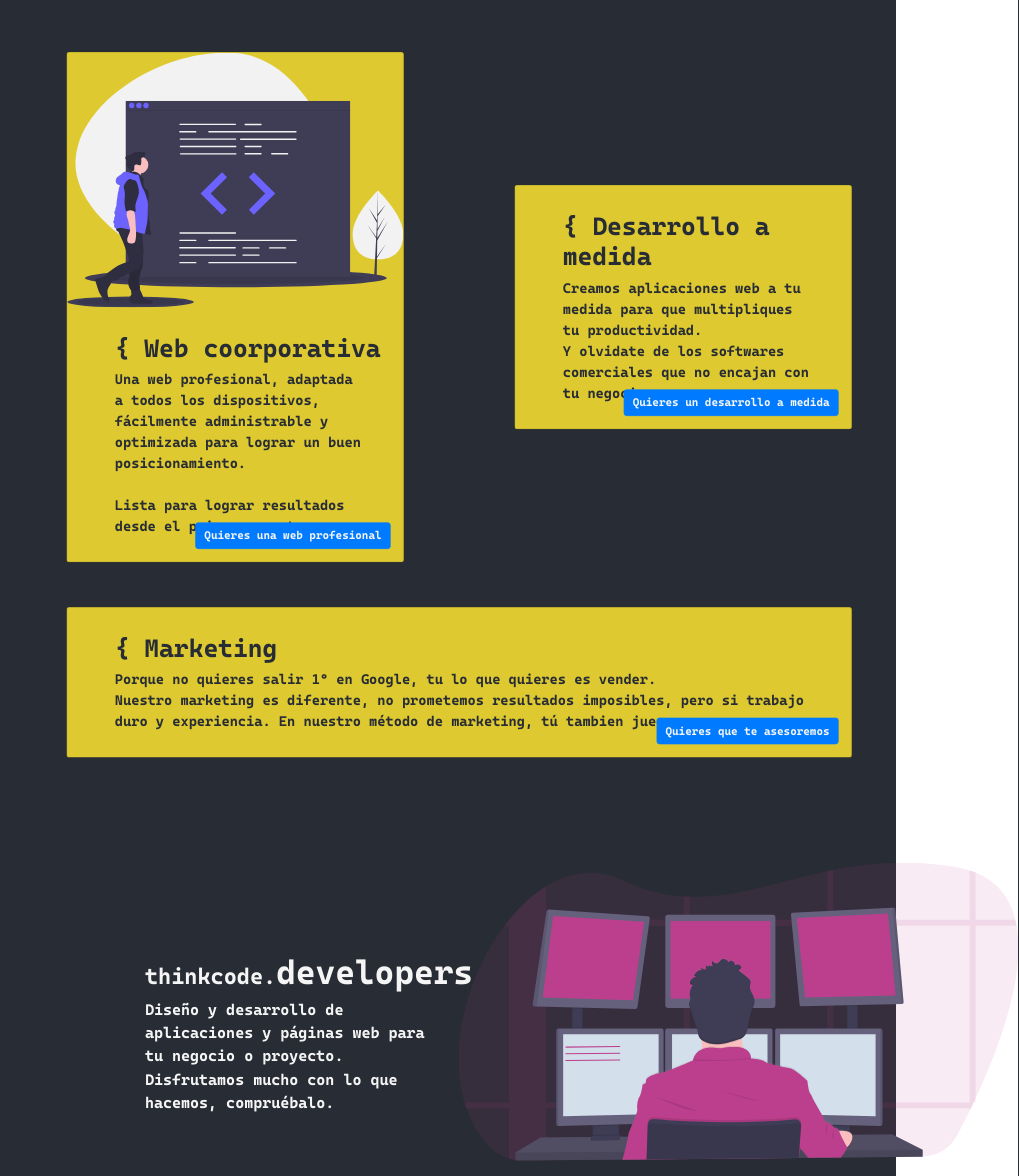
Repository: banchiec/thinkcode
Page: /
The author's editor kept a copy of each file at every save. The page is drawn from the files as they stood at one save, then again after the next save.
The browser window is 1280 px wide. The page is 1455 px wide, so the pictures cover 1455 px, including what lies to the right of the window. The pictures show the part of the page from y = 885 to 2565 px (the page is 2718 px tall before and 2688 px after), at 70% of full size.
Some web libraries are served in a nearby version. The project was rebuilt for these pictures with package versions that can differ from the ones it lists, and the page was loaded fresh each time. Also part of the build but not shown: src/components/MenuItems.js, src/components/Dropdownthink.css, src/components/Dropdownthink.js, src/components/pages/Consulting.js, src/components/pages/ContactUs.js, src/components/pages/Marketing.js, src/components/pages/Products.js, src/components/pages/Services.js and 1 more.

Above is the page before, as saved 2020-11-27 00:54:40.

### public/index.html
<!DOCTYPE html>
<html lang="en">
  <head>
    <meta charset="utf-8" />
    <link rel="icon" href="%PUBLIC_URL%/favicon.ico" />
    <meta name="viewport" content="width=device-width, initial-scale=1" />
    <meta name="theme-color" content="#000000" />
    <meta
      name="description"
      content="Web site created using create-react-app"
    />
    <link rel="apple-touch-icon" href="%PUBLIC_URL%/logo192.png" />
    <script src="https://kit.fontawesome.com/e7a02c1b14.js" crossorigin="anonymous"></script>
    <!--
      manifest.json provides metadata used when your web app is installed on a
      user's mobile device or desktop. See https://developers.google.com/web/fundamentals/web-app-manifest/
    -->
    <link rel="manifest" href="%PUBLIC_URL%/manifest.json" />
    <!--
      Notice the use of %PUBLIC_URL% in the tags above.
      It will be replaced with the URL of the `public` folder during the build.
      Only files inside the `public` folder can be referenced from the HTML.

      Unlike "/favicon.ico" or "favicon.ico", "%PUBLIC_URL%/favicon.ico" will
      work correctly both with client-side routing and a non-root public URL.
      Learn how to configure a non-root public URL by running `npm run build`.
    -->
    <title>React App</title>
  </head>
  <body>
    <noscript>You need to enable JavaScript to run this app.</noscript>
    <div id="root"></div>
    <!--
      This HTML file is a template.
      If you open it directly in the browser, you will see an empty page.

      You can add webfonts, meta tags, or analytics to this file.
      The build step will place the bundled scripts into the <body> tag.

      To begin the development, run `npm start` or `yarn start`.
      To create a production bundle, use `npm run build` or `yarn build`.
    -->


  </body>
</html>

### src/index.css
body {
  margin: 0;
  font-family: -apple-system, BlinkMacSystemFont, 'Segoe UI', 'Roboto', 'Oxygen',
    'Ubuntu', 'Cantarell', 'Fira Sans', 'Droid Sans', 'Helvetica Neue',
    sans-serif;
  -webkit-font-smoothing: antialiased;
  -moz-osx-font-smoothing: grayscale;
}

code {
  font-family: source-code-pro, Menlo, Monaco, Consolas, 'Courier New',
    monospace;
}
@font-face{
  font-family: 'CascadiaCode-Bold';
  src: local('CascadiaCode-Bold'), url(./fonts/CascadiaCode-Bold.ttf)
}

### src/App.js
import './App.css';
// import logo_thinkcode from './logo_thinkcode.png'
import React, {} from 'react'
import Navbarthink from './components/Navbarthink'
import {BrowserRouter as Router, Switch, Route} from 'react-router-dom'

// import Button  from 'react-bootstrap/Button'
// import 'bootstrap/dist/css/bootstrap.min.css'

// import {Navbar,Button, Nav , NavLink} from 'react-bootstrap'

import Consulting from './components/pages/Consulting'
import ContactUs from './components/pages/ContactUs'
import Home from './components/pages/Home'
import Marketing from './components/pages/Marketing'
import Products from './components/pages/Products'
import Services from './components/pages/Services'
import SignUp from './components/pages/SignUp'

function App() {

  // const [click, setClick] = useState(false)
  // const [dropdown, setDropdown] = useState(false)




  return (
    <div className="App">
      <Router>
        <Navbarthink/>
        <Switch>
          <Route path='/consulting' exact component ={Consulting}></Route>
          <Route path='/contact-us' exact component ={ContactUs}></Route>
          <Route path='/' exact component ={Home}></Route>
          <Route path='/marketing' exact component ={Marketing}></Route>
          <Route path='/products' exact component ={Products}></Route>
          <Route path='/services' exact component ={Services}></Route>
          <Route path='/sign-up' exact component ={SignUp}></Route>
        </Switch>
      </Router>

      {/* <Navbar className="navbar_thinkcode "  expand="lg">
        <Navbar.Brand href ="#home">
          <img
            alt=""
            src={logo_thinkcode}
            className="d-inline-block align-top ml-4"
            width="320"
            height="50"
          />
        </Navbar.Brand>
        <Navbar.Toggle aria-controls="responsive-navbar-nav" ></Navbar.Toggle>

        <Navbar.Collapse id="responsive-navbar-nav" className="ml-5 ">
          <Nav className="collapse navbar-collapse">
            <NavLink className="enlace_navbar ">Páginas web</NavLink>
            <NavLink className="enlace_navbar">Desarrollo a medida</NavLink>
            <NavLink className="enlace_navbar">Portafolio</NavLink>
            <NavLink className="enlace_navbar">Contacto</NavLink>
          </Nav>
        </Navbar.Collapse>
        <Button variant="success">¿Hablamos?</Button>
      </Navbar> */}

      {/* <header className="App-header">
        <h1>thinkcode</h1>
        <Button>send up</Button>
      </header> */}
    </div>
  );
}

export default App;

### src/App.css
*{
  box-sizing: border-box;
  margin: 0;
  padding: 0;
  font-family: CascadiaCode-Bold;
  /* background: #282c34 ; */
  /* background: linear-gradient(90deg, rgb(76, 80, 88) 100%, rgb(8, 8, 9) 0%); */
}

.App {
  text-align: center;
  background: #282c34 ;
}

.App-logo {
  height: 40vmin;
  pointer-events: none;
}

.home, .services, .products,.contact-us,.sign-up, .marketing, .consulting{
  display: flex;
  height: 90vh;
  align-items: center;
  justify-content: center;
  font-size: 3rem;
}





@media (prefers-reduced-motion: no-preference) {
  .App-logo {
    animation: App-logo-spin infinite 20s linear;
  }
}

.App-header {
  background-color: #282c34;
  min-height: 100vh;
  display: flex;
  flex-direction: column;
  align-items: center;
  justify-content: center;
  font-size: calc(10px + 2vmin);
  color: white;
}

.App-link {
  color: #61dafb;
}

@keyframes App-logo-spin {
  from {
    transform: rotate(0deg);
  }
  to {
    transform: rotate(360deg);
  }
}

### src/components/Navbarthink.js
import React, { useState} from 'react'
import logo_thinkcode from '../images/logo_thinkcode.png'
// import logo_thinkcode from '../images/logo_thinkcode.png'
import { Buttonthink} from './Buttonthink'
import {Link} from 'react-router-dom'
import './Navbarthink.css'
import Dropdownthink from './Dropdownthink'

export default function Navbarthink(){
    const [click, setClick] = useState(false)
    const [dropdown, setDropdown] = useState(false)

    const handleClick = () => setClick(!click)
    const closeMobileMenu = () => setClick(false)

    const onMouseEnter = () =>{
        if(window.innerWidth < 960) {
        setDropdown(false)
        } else {
        setDropdown(true)
        }
    }
    const onMouseLeave = () =>{
        if(window.innerWidth < 960) {
        setDropdown(false)
        } else {
        setDropdown(false)
        }
    }

    return(
        <>
            <nav className="navbarthink">
                <Link to='/' className="navbar-logo">
                    {/* thinkcode */}
                    <img alt="" src={logo_thinkcode} width="300" height="40"></img>
                </Link>
                <div className='menu-icon' onClick={handleClick}>
                    <i className={click ? 'fas fa-times' : 'fas fa-bars'}
                    />
                </div>
                <ul className={ click ? 'nav-menu active' : 'nav-menu'}>

                    <li className='nav-item'>
                        <Link to='/' className='nav-links' onClick={closeMobileMenu}>
                            Home
                        </Link>
                    </li>
                    <li className='nav-item'
                        onMouseEnter={onMouseEnter}
                        onMouseLeave={onMouseLeave}
                        // onClick={handleClick}
                        >
                        <Link to='/services' className='nav-links' onClick={closeMobileMenu}>
                           Services
                           <i className='fas fa-caret-down' />
                        </Link>
                        {dropdown && <Dropdownthink/>}
                    </li>
                    <li className='nav-item'>
                        <Link to='/products' className='nav-links' onClick={closeMobileMenu}>
                            Products
                        </Link>
                    </li>
                    <li className='nav-item'>
                        <Link to='/contact-us' className='nav-links' onClick={closeMobileMenu}>
                           Contact Us
                        </Link>
                    </li>
                    <li className='nav-item'>
                        <Link to='/sign-up' className='nav-links-mobile' onClick={closeMobileMenu}>
                           Sign up
                        </Link>
                    </li>

                </ul>
                <Buttonthink />
            </nav>
        </>
    )

}

### src/components/pages/Home.js
import React from 'react'
import InfoSection from '../infoSection/InfoSection'
import Pricing from '../pricing/Pricing'

export default function Home() {
    return (
        <div>
            <InfoSection></InfoSection>
            <Pricing></Pricing>
            <InfoSection></InfoSection>
           {/* <h1 className='consulting' >Thinkcode</h1> */}
        </div>
    )
}

### src/components/Buttonthink.js
import React  from 'react'
import './Buttonthink.css'
import {Link} from 'react-router-dom'

export function Buttonthink() {
        return (
            <Link to ='sing-up'>
               <button className='btnthink'>Sign think </button>
            </Link>
        )
}

### src/components/Navbarthink.css
.navbarthink{
  /* background: linear-gradient(9deg, rgb(66, 80, 88) 0%, rgb(8, 8, 9) 100%); */
  background: #282c34;

  height: 80px;
  display: flex;
  justify-content: center;
  align-items: center;
  font-size: 1.2rem;
}

.navbar-logo {
  color: #fff;
  justify-self: start;
  margin-left: 40px;
  cursor: pointer;
  text-decoration: none;
}

.fa-firstdraft {
  margin-left: 0.5rem;
  font-size: 1.6rem;
}

.nav-menu {
  display: grid;
  grid-template-columns: repeat(5, auto);
  grid-gap: 10px;
  list-style: none;
  text-align: center;
  width: 70vw;
  justify-content: end;
  margin-right: 2rem;
}

.nav-item {
  display: flex;
  align-items: center;
  height: 80px;
}

.nav-links {
  color: white;
  text-decoration: none;
  padding: 0.5rem 1rem;
}

.nav-links:hover {
  background-color: #1888ff;
  border-radius: 4px;
  transition: all 0.2s ease-out;
}

.fa-bars {
  color: #fff;
}

.nav-links-mobile {
  display: none;
}

.menu-icon {
  display: none;
}

@media screen and (max-width: 960px) {
  /* .text-propuesta {
    margin-top: 12rem;
  }
 */
  .fa-caret-down {
    display: none;
  }
  .NavbarItems {
    position: relative;
  }

  .nav-menu {
    display: flex;
    flex-direction: column;
    width: 100%;
    height: 90vh;
    position: absolute;
    top: 80px;
    left: -100%;
    opacity: 1;
    transition: all 0.9s ease;
  }

  .nav-menu.active {
    background: #2a2c30;
    left: 0;
    opacity: 1;
    transition: all 0.5s ease;
    z-index: 1;
  }

  .nav-links {
    text-align: center;
    padding: 2rem;
    width: 100%;
    display: table;
  }

  .nav-links:hover {
    background-color: #1888ff;
    border-radius: 0;
  }

  .navbar-logo {
    position: absolute;
    top: 0;
    left: 0;
    transform: translate(25%, 50%);
  }

  .menu-icon {
    display: block;
    position: absolute;
    top: 0;
    right: 0;
    transform: translate(-100%, 60%);
    font-size: 1.8rem;
    cursor: pointer;
  }

  .fa-times {
    color: #fff;
    font-size: 2rem;
  }

  .nav-links-mobile {
    display: block;
    text-align: center;
    padding: 1.5rem;
    margin: 2rem auto;
    border-radius: 4px;
    width: 80%;
    background: #1888ff;
    text-decoration: none;
    color: #fff;
    font-size: 1.5rem;
  }

  .nav-links-mobile:hover {
    background: #fff;
    color: #1888ff;
    transition: 250ms;
  }

  button {
    display: none;
  }
}

### src/components/infoSection/InfoSection.js
import React from 'react'
import imagensvg3 from '../../images/imagensvg3.svg'
import 'bootstrap/dist/css/bootstrap.min.css'
import './infoSection.css'
import {Col, Container,Row,} from 'react-bootstrap'

export default function InfoSection() {
    return (
            <Container fluid  className="content-infoSection">
                <Row>
                    <Col  md={6} lg={6} >
                        <div className="content-text-infoSection">
                            <h2 >thinkcode.<span className="text-title-infoSection">developers</span></h2>
                            <p className="text-infoSection">Diseño y desarrollo de aplicaciones y páginas web para tu negocio o proyecto.
                            Disfrutamos mucho con lo que hacemos, compruébalo.</p>
                        </div>
                    </Col>
                    <Col  md={6} lg={6}  >
                        <img  className="imagensvg-infoSection" alt="" src={imagensvg3}></img>
                    </Col>

                    </Row>

            </Container >
    )
}

### src/components/pricing/Pricing.js

import React from 'react'
import './Pricing.css'
import imagensvg1 from '../../images/imagensvg1.svg'
import 'bootstrap/dist/css/bootstrap.min.css'
import {Card, Container, Button, Row, Col} from 'react-bootstrap'

export default function Pricing() {
    return (
        <Container fluid className ="container-pricing">
            <h1 className="text-propuesta">Conoce nuestros servicios</h1>
            <Row>
                <Col  className="container-card">

                    <Card  className="card-pricing" >
                        <Card.Img variant ="top" src={imagensvg1}></Card.Img>
                        <Card.Body>
                            <h2 className="title-card">&#123;  Web coorporativa</h2>
                            <p className="text-card">
                                Una web profesional, adaptada a todos los dispositivos, fácilmente administrable y optimizada para lograr un buen posicionamiento.
                                <br/><br/>Lista para lograr resultados desde el primer momento
                            </p>
                            <Button  className="card-button" variant="primary">Quieres una web profesional</Button>
                        </Card.Body>
                    </Card>
                </Col>
                <Col  className="container-card">

                    <Card className="card-pricing">
                    <Card.Body>
                        <h2 className="title-card">&#123;  Desarrollo a medida</h2>
                        <p className="text-card">
                            Creamos aplicaciones web a tu medida para que multipliques tu productividad.<br/>
                            Y olvidate de los softwares comerciales que no encajan con tu negocio.
                        </p>
                        <Button className="card-button" variant="primary">Quieres un desarrollo a medida</Button>
                    </Card.Body>
                    </Card>
                </Col>
                <Col className="container-card">
                    <Card  className="card-pricing" >
                    <Card.Body>
                        <h2 className="title-card">&#123; Marketing</h2>
                        <p className="text-card">
                            Porque no quieres salir 1º en Google, tu lo que quieres es vender. <br/>

                            Nuestro marketing es diferente, no prometemos resultados imposibles, pero si
                            trabajo duro y experiencia. En nuestro método de marketing, tú tambien juegas.                        </p>
                        <Button  className="card-button" variant="primary">Quieres que te asesoremos</Button>
                    </Card.Body>
                    </Card>
                </Col>
            </Row>

        </Container>
    )
}

### src/components/Buttonthink.css
:root{
    --primary: #1888ff;
}
.btnthink{
    padding: 8px 20px;
    border-radius: 4px;
    outline: none;
    border: none;
    font-size: 18px;
    color: #fff;
    cursor: pointer;
    background-color: var(--primary);
}
.btnthink:hover {
    padding: 6px 18px;
    transition: all 1.5s ease-out;
    background-color: transparent;
    color: #2a2a2a;
    border-radius: 4px;
    border: 2px solid var(--primary)
}

### src/components/infoSection/infoSection.css
.imagensvg-infoSection {
    padding: 0;
    /* border-right: 5px; */
    width: 800px;

}
.content-infoSection {
    /* padding: 0; */
    margin-top: 150px;
    background: #282c34 ;
    height: 600px;
    /* border: 1px solid rebeccapurple; */
}
.content-text-infoSection {
    margin-left: 12rem;
    margin-top: 8rem;
    text-align: start;
    /* border: 0; */
    /* padding: 0; */
    /* border: 1px solid whitesmoke; */
    color: whitesmoke;
}
.text-title-infoSection{
    font-size: 3rem;
    /* size: 12px; */
}
.text-infoSection {
    font-size: 22px;
}
@media screen and (max-width: 960px) {
    .content-infoSection {
        margin-top: 0px;
    }
    .text-infoSection{
        margin-top: 3rem;
        margin-left: 1rem;
        margin-right: 1rem;
    }
    .imagensvg-infoSection{
        margin-top: 5rem;
        width: 500px;
    }
    .content-text-infoSection {
        margin-left: 1rem;
    }
    .text-propuesta {
        margin-top: 15rem;
    }

}

### src/components/pricing/Pricing.css
.container-pricing {
    /* background-color: whitesmoke; */
    /* border: 1px solid white; */
    /* height:  800px; */
    background: linear-gradient(90deg, rgb(76, 80, 88) 100%, rgb(66, 66 66) 0%);
    /* z-index: -1; */
}
.container-card{
    padding-top: 4rem;
    align-content: center;
    padding: auto;
    text-align: start;
    /* height: 600px; */
    /* background-color: violet; */
    /* color: transparent; */
}
.card-pricing {
    /* width: 34rem; */
    margin-left: 5rem;
    background: #deca30;
    /* background: #3b4454; */
    /* background: linear-gradient(90deg, rgb(224, 242, 241) 0%, rgb(255, 255, 255) 100%); */
    margin-right: 3rem;
    /* height: 30rem; */
}
.card-button {
    /* margin-top: 3rem; */
    /* margin-left: 13rem; */
    position: absolute;
    right: 18px;
    bottom: 18px;
    color: whitesmoke;
}
.text-card {
    /* padding-top: 1.5rem; */
    padding-left: 3rem;
    padding-right: 2.5rem;
    color: #282c34;
    font-size: 20px;
}
.title-card {
    padding-top: 1rem;
    padding-left: 3rem;
    color: #282c34;
    font-size: 36px;
}
.text-propuesta {
    color: whitesmoke;
    font-size: 3rem;
}

Loaded but not shown: src/index.js (common file); src/reportWebVitals.js (common file)

After the next save:
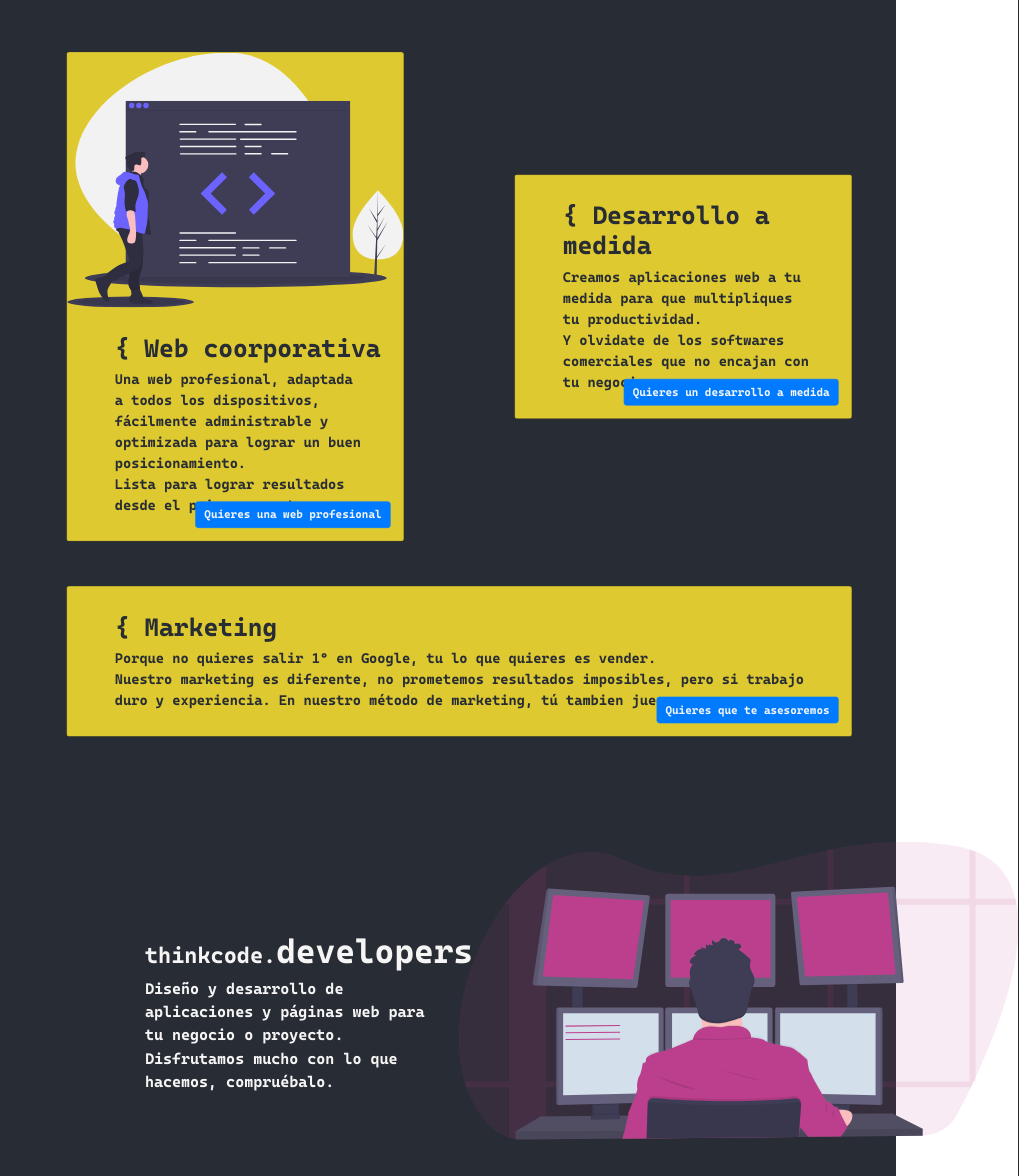
Saved 21 s later.
--- a/src/components/pricing/Pricing.js
+++ b/src/components/pricing/Pricing.js
@@ -18,7 +18,7 @@ export default function Pricing() {
                             <h2 className="title-card">&#123;  Web coorporativa</h2>
                             <p className="text-card">
                                 Una web profesional, adaptada a todos los dispositivos, fácilmente administrable y optimizada para lograr un buen posicionamiento.
-                                <br/><br/>Lista para lograr resultados desde el primer momento
+                                <br/>Lista para lograr resultados desde el primer momento
                             </p>
                             <Button  className="card-button" variant="primary">Quieres una web profesional</Button>
                         </Card.Body>
